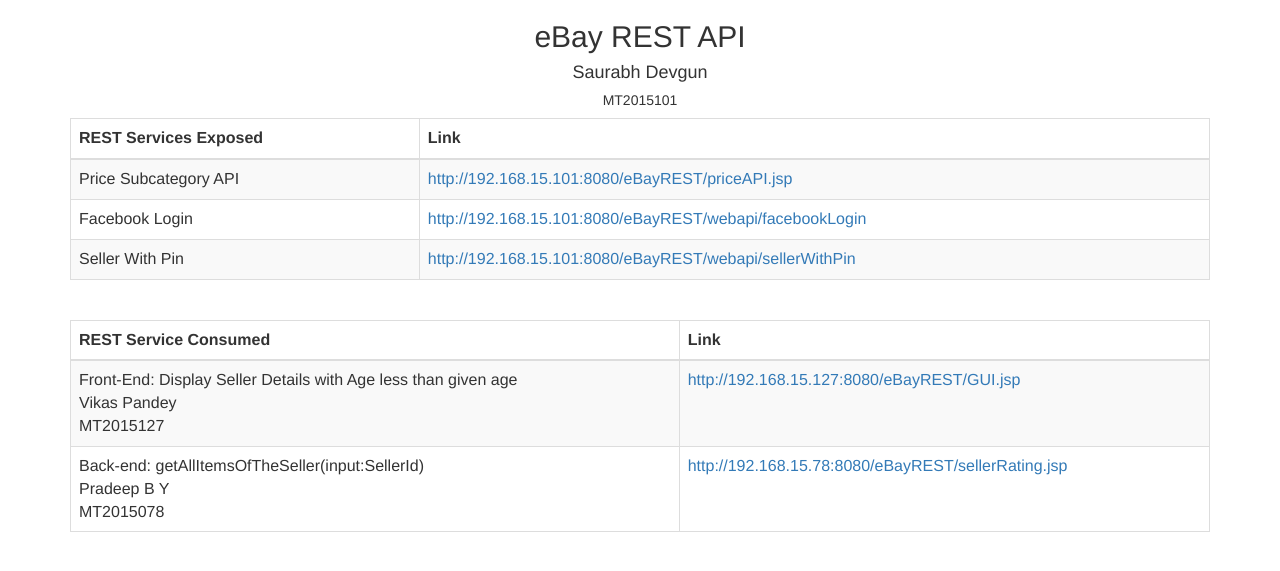
Repository: saurabh-devgun-iiitb/RESTProject
Page: http://localhost/eBayREST/
An editor plug-in stored every save of this project. The page is shown before and after the next save, followed by the edit.
The browser window is 1280 px wide. The pictures show the whole page.
The page is served by Tomcat 9. Other server files are loaded and not shown.

Above is the page before, as saved 2016-07-23 05:29:49.

### eBayREST/WebContent/index.jsp
<html>
<head>
  <meta name="viewport" content="width=device-width, initial-scale=1">
  <link rel="stylesheet" href="http://maxcdn.bootstrapcdn.com/bootstrap/3.3.6/css/bootstrap.min.css">
  <script src="https://ajax.googleapis.com/ajax/libs/jquery/1.12.4/jquery.min.js"></script>
  <script src="http://maxcdn.bootstrapcdn.com/bootstrap/3.3.6/js/bootstrap.min.js"></script>
</head>
<body>
	<div align="center">
	    <h2>eBay REST API</h2>
	    <h4>Saurabh Devgun</h4>
	    <h5>MT2015101</h5>
    </div>
    <div class = "container">
    <table class="table table-hover table-striped table-bordered">
      <thead>
        <tr>
          <th>REST Services Exposed</th>
          <th>Link</th>
        </tr>
      </thead>
      <tbody>
        <tr>
          <td>Price Subcategory API</td>
          <td><a href="priceAPI.jsp">http://192.168.15.101:8080/eBayREST/priceAPI.jsp</a></td>
        </tr>
        <tr>
          <td>Facebook Login</td>
          <td><a href="loginThroughFacebook.jsp">http://192.168.15.101:8080/eBayREST/webapi/facebookLogin</a></td>
        </tr>
        <tr>
          <td>Seller With Pin</td>
          <td><a href="sellerWithPin.jsp">http://192.168.15.101:8080/eBayREST/webapi/sellerWithPin</a></td>
        </tr>
      </tbody>
    </table>
    </div>
    <br>
    <div class="container">
    	<table class="table table-hover table-striped table-bordered">
      <thead>
        <tr>
          <th>REST Service Consumed</th>
          <th>Link</th>
        </tr>
      </thead>
      <tbody>
        <tr>
          <td>Front-End: Display Seller Details with Age less than given age<br>Vikas Pandey<br>MT2015127</td>
          <td><a href="http://192.168.15.127:8080/eBayREST/GUI.jsp">http://192.168.15.127:8080/eBayREST/GUI.jsp</a></td>
        </tr>
        <tr>
          <td>Back-end: getAllItemsOfTheSeller(input:SellerId)<br>Pradeep B Y<br>MT2015078</td>
          <td><a href="http://192.168.15.6:8080/eBayREST/sellerRating.jsp">http://192.168.15.78:8080/eBayREST/sellerRating.jsp</a></td>
        </tr>
      </tbody>
    </table>
    </div>
    <!--
    <p><a href="priceAPI.jsp">Price API</a></p>
    <p><a href="loginThroughFacebook.jsp">Login through Facebook</a></p>
    <p><a href="sellerWithPin.jsp">Get Sellers In City with pin</a></p>
    -->
</body>
</html>

After the next save:
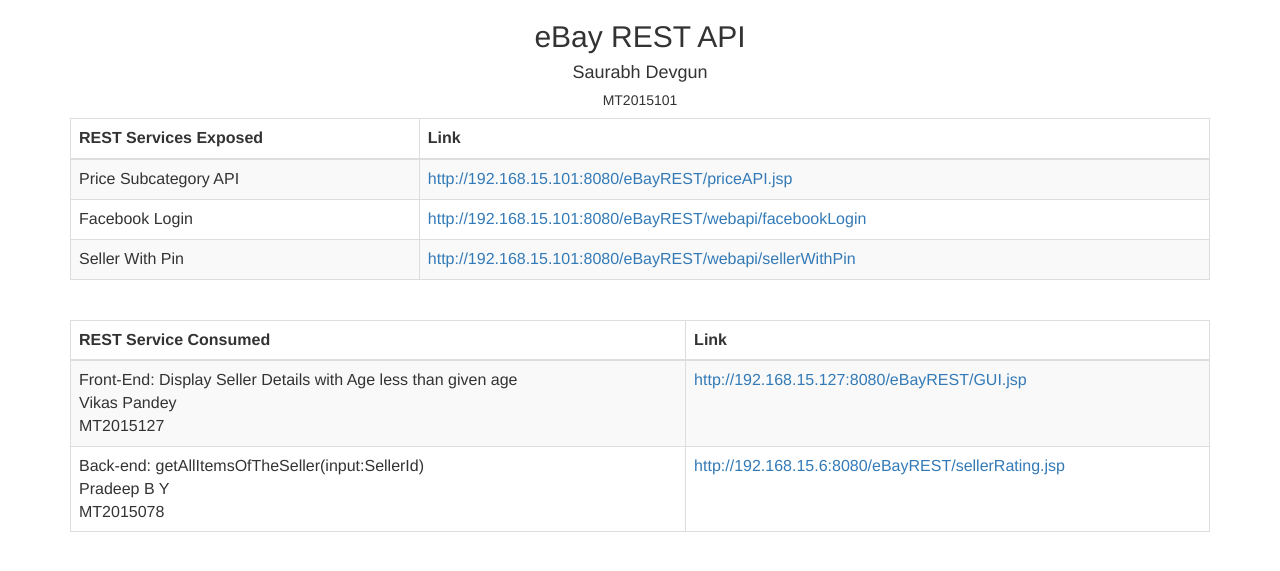
Saved 4 s later.
--- a/eBayREST/WebContent/index.jsp
+++ b/eBayREST/WebContent/index.jsp
@@ -51,7 +51,7 @@
         </tr>
         <tr>
           <td>Back-end: getAllItemsOfTheSeller(input:SellerId)<br>Pradeep B Y<br>MT2015078</td>
-          <td><a href="http://192.168.15.6:8080/eBayREST/sellerRating.jsp">http://192.168.15.78:8080/eBayREST/sellerRating.jsp</a></td>
+          <td><a href="http://192.168.15.6:8080/eBayREST/sellerRating.jsp">http://192.168.15.6:8080/eBayREST/sellerRating.jsp</a></td>
         </tr>
       </tbody>
     </table>
